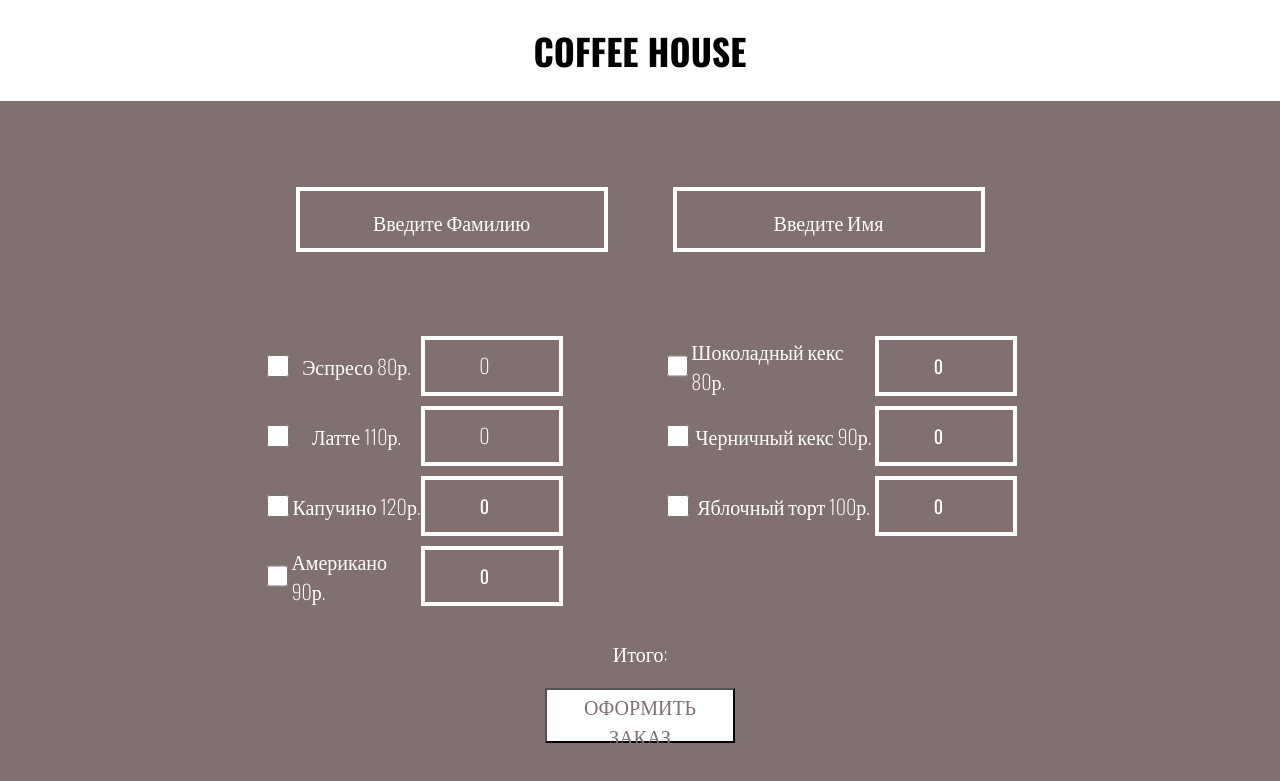
Repository: Valera1994/WebTestProject
Page: New2/index.html
The author's editor kept a copy of each file at every save. The page is drawn from the files as they stood at one save, then again after the next save.
The browser window is 1280 px wide. The pictures show the whole page.

Above is the page before, as saved 2025-07-21 02:15:06.

### New2/index.html
<!DOCTYPE html>
<html lang="en">
<head>
    <meta charset="UTF-8">
    <meta name="viewport" content="width=device-width, initial-scale=1.0">
    <title>COFFEE HOUSE</title>
    <link rel="stylesheet" href="style.css">
    <link rel="preconnect" href="https://fonts.googleapis.com">
    <link rel="preconnect" href="https://fonts.gstatic.com" crossorigin="">
    <link href="https://fonts.googleapis.com/css2?family=Oswald:wght@200..700&amp;display=swap" rel="stylesheet">
</head>
<body>
    <header class="header">
        <h1 class="logo">COFFEE HOUSE</h1>
    </header>
    <div class="order">
        <div class="form">
            <input class="surname form_text" type="text" placeholder="Введите Фамилию" required="">
            <input class="name form_text" type="text" placeholder="Введите Имя" required="">
        </div>
        <div class="conteiner">
            <div class="menu-columns">
            <div class="menu_column">
            <div class="form_checkbox check1">
                <input type="checkbox" id="coffee" name="espreso" value="choise1">
                <label for="espreso">Эспресо 80р.</label>
                <input class="price" type="number" min="0" placeholder="0">
            </div>
            <div class="form_checkbox check1">
                <input type="checkbox" id="coffee" name="latte" value="choise1">
                <label for="latte">Латте 110р.</label>
                <input class="price" type="number" min="0" placeholder="0">
            </div>
            <div class="form_checkbox check1">
                <input type="checkbox" id="coffee" name="capp" value="choise1">
                <label for="capp">Капучино 120р.</label>
                <input class="price" type="number" min="0" value="0" placeholder="0">
            </div>
            <div class="form_checkbox check1">
                <input type="checkbox" id="coffee" name="amer" value="choise1">
                <label for="amer">Американо 90р.</label>
                <input class="price" type="number" min="0" value="0" placeholder="0">
            </div>
            </div>
            <div class="menu_column">
            <div class="form_checkbox check2">
                <input type="checkbox" id="coffee" name="choco" value="choise1">
                <label for="choco">Шоколадный кекс 80р.</label>
                <input class="price" type="number" min="0" value="0" placeholder="0">
            </div>
            <div class="form_checkbox check2">
                <input type="checkbox" id="coffee" name="chern" value="choise1">
                <label for="chern">Черничный кекс 90р.</label>
                <input class="price" type="number" min="0" value="0" placeholder="0">
            </div>
            <div class="form_checkbox check2">
                <input type="checkbox" id="coffee" name="apple" value="choise1">
                <label for="apple">Яблочный торт 100р.</label>
                <input class="price" type="number" min="0" value="0" placeholder="0">
            </div>
            </div>
            </div>
        </div>

        <p>Итого: <span class="result"></span></p>
        <div class="button_container">
            <button class="btn">ОФОРМИТЬ ЗАКАЗ</button>
        </div>
    </div>
    <script src="script.js"></script>
</body>
</html>

### New2/style.css
body{
    margin: 0;
    padding: 0;
    font-family: 'Oswald', sans-serif;
}

.header {
    width: 100%;
    box-sizing: border-box;
    text-decoration: none;
    top: 0;
    left: 0;
}

.logo{
    color: black;
    font-size: 36px;
    white-space: nowrap;
    font-weight: medium;
    display: flex;
    justify-content: center;
}

.order{
    width: 100%;
    height: 680px;
    background: rgba(129, 112, 112, 1);
}

.form{
    padding: 86px 0;
    gap: 65px;
    display: flex;
    justify-content: center;
    font-family: 'Oswald';
    font-size: 18px;
    color: white;
}

.form_text{
    background-color: #817070;
    display: flex;
    flex-direction: column;
    justify-content: center;
    width: 300px;
    height: 55px;
    border: 4px solid white;
    font-family: 'Oswald';
    font-size: 25px;
    color: white;
    font-weight: 300;
    text-align: center;
}

.form_text::placeholder {
    font-family: 'Oswald';
    color: white;
    opacity: 1;
    display: flex;
    align-items:center;
    text-align: center;
    font-size: 20px;
    font-weight: lighter;
}

.container{
    display: flex;
    height: 271px;
    width: 100%;
    padding-bottom: 17px;
}

.menu-columns {
    display: flex;
    justify-content: center;
    width: 784px;
    gap: 100px;
    margin: 0 auto;
}

.menu-column {
    flex: 1;
}

.form_checkbox{
    display: flex;
    justify-content: space-between;
    align-items: center;
    margin-bottom: 15px;
}

label{
    font-family: 'Oswald';
    font-size: 20px;
    font-weight:lighter;
    color: white;
}

.check1{
    width: 300px;
    height: 55px;
}

.check2{
    width: 354px;
    height: 55px;
}

#coffee{
    width: 22px;
    height: 22px;
    background: rgba(196, 196, 196, 1);
}

.price{
    background-color: #817070;
    display: flex;
    flex-direction: column;
    justify-content: center;
    width: 130px;
    height: 50px;
    border: 4px solid white;
    text-align: center;
    font-family: 'Oswald';
    font-size: 18px;
    color: white;
}

.price::placeholder {
    font-family: 'Oswald';
    color: white;
    opacity: 1;
    display: flex;
    align-items:center;
    text-align: center;
    font-size: 20px;
    font-weight: lighter;
}

p{
    font-family: 'Oswald';
    font-size: 20px;
    font-weight:lighter;
    color: white;
    display: flex;
    justify-content: center;
}

.button_container{
    display: flex;
    justify-content: center;
}

.btn{
    width: 190px;
    height: 55px;
    font-family: 'Oswald';
    font-size: 20px;
    font-weight: 500;
    background-color: white;
    color: rgba(129, 112, 112, 1);
}

.btn:hover{
    background-color: rgb(3, 181, 71);
    border-radius: 8px;
}

### New2/script.js
btnElement = document.querySelector(".btn");
resultElement = document.querySelector(".result");
priceElement = document.querySelector(".price");
firstName = document.querySelector(".name");
surName = document.querySelector(".surname");
inputElement = document.querySelectorAll("#coffee");
let selectValue = 0;




inputElement.forEach(element => {
    element.addEventListener("change", function(){
        if(element.checked){
            resultElement += element.priceElement;
        } else {
            resultElement -= element.priceElement;
        }


    });
});

















document.querySelector(".btn").onclick = function(){
    alert("Привет!");
}

After the next save:
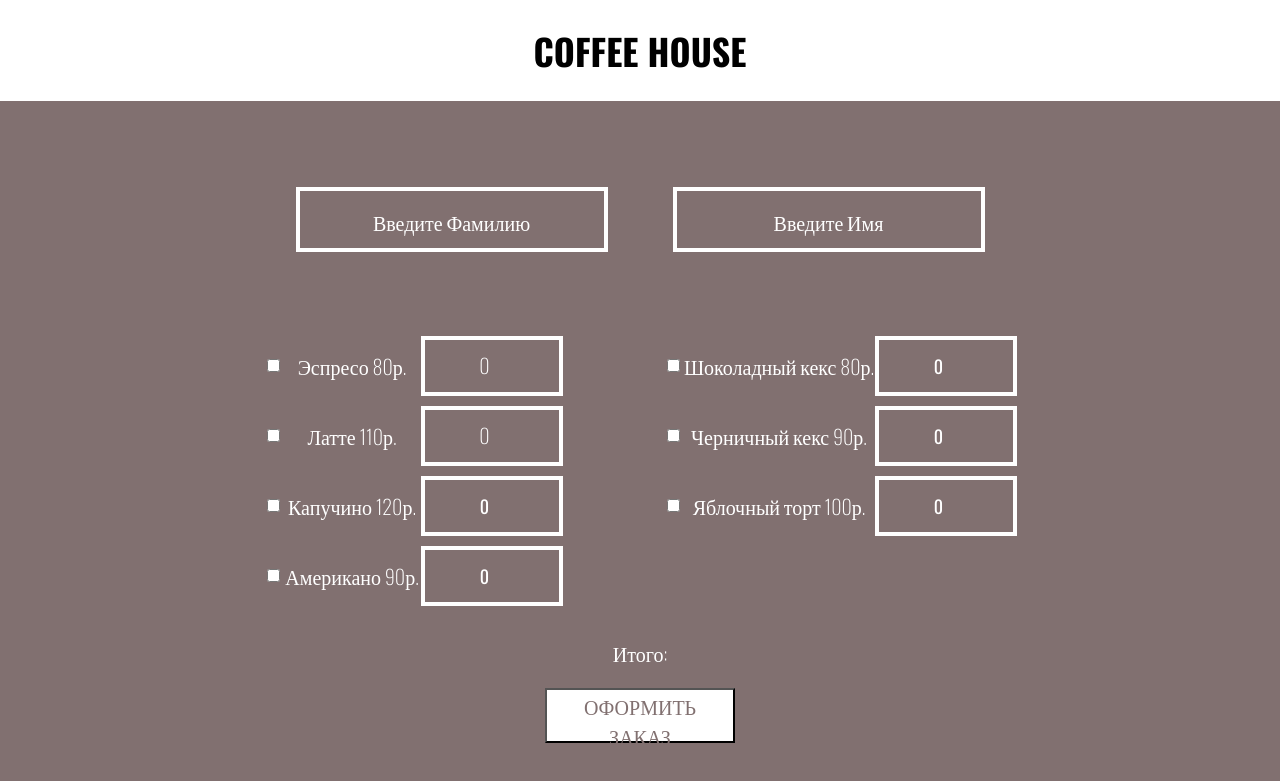
Saved 7 min 58 s later.
--- a/New2/index.html
+++ b/New2/index.html
@@ -22,39 +22,39 @@
             <div class="menu-columns">
             <div class="menu_column">
             <div class="form_checkbox check1">
-                <input type="checkbox" id="coffee" name="espreso" value="choise1">
+                <input type="checkbox" id="espreso" name="coffee" value="choise1" data-price="80">
                 <label for="espreso">Эспресо 80р.</label>
                 <input class="price" type="number" min="0" placeholder="0">
             </div>
             <div class="form_checkbox check1">
-                <input type="checkbox" id="coffee" name="latte" value="choise1">
+                <input type="checkbox" id="latte" name="coffee" value="choise2" data-price="110">
                 <label for="latte">Латте 110р.</label>
                 <input class="price" type="number" min="0" placeholder="0">
             </div>
             <div class="form_checkbox check1">
-                <input type="checkbox" id="coffee" name="capp" value="choise1">
+                <input type="checkbox" id="capp" name="coffee" value="choise3" data-price="120">
                 <label for="capp">Капучино 120р.</label>
                 <input class="price" type="number" min="0" value="0" placeholder="0">
             </div>
             <div class="form_checkbox check1">
-                <input type="checkbox" id="coffee" name="amer" value="choise1">
+                <input type="checkbox" id="amer" name="coffee" value="choise4" data-price="90">
                 <label for="amer">Американо 90р.</label>
                 <input class="price" type="number" min="0" value="0" placeholder="0">
             </div>
             </div>
             <div class="menu_column">
             <div class="form_checkbox check2">
-                <input type="checkbox" id="coffee" name="choco" value="choise1">
+                <input type="checkbox" id="choco" name="coffee" value="choise5" data-price="80">
                 <label for="choco">Шоколадный кекс 80р.</label>
                 <input class="price" type="number" min="0" value="0" placeholder="0">
             </div>
             <div class="form_checkbox check2">
-                <input type="checkbox" id="coffee" name="chern" value="choise1">
+                <input type="checkbox" id="chern" name="coffee" value="choise6" data-price="90">
                 <label for="chern">Черничный кекс 90р.</label>
                 <input class="price" type="number" min="0" value="0" placeholder="0">
             </div>
             <div class="form_checkbox check2">
-                <input type="checkbox" id="coffee" name="apple" value="choise1">
+                <input type="checkbox" id="apple" name="coffee" value="choise7" data-price="100">
                 <label for="apple">Яблочный торт 100р.</label>
                 <input class="price" type="number" min="0" value="0" placeholder="0">
             </div>

After the save that followed:
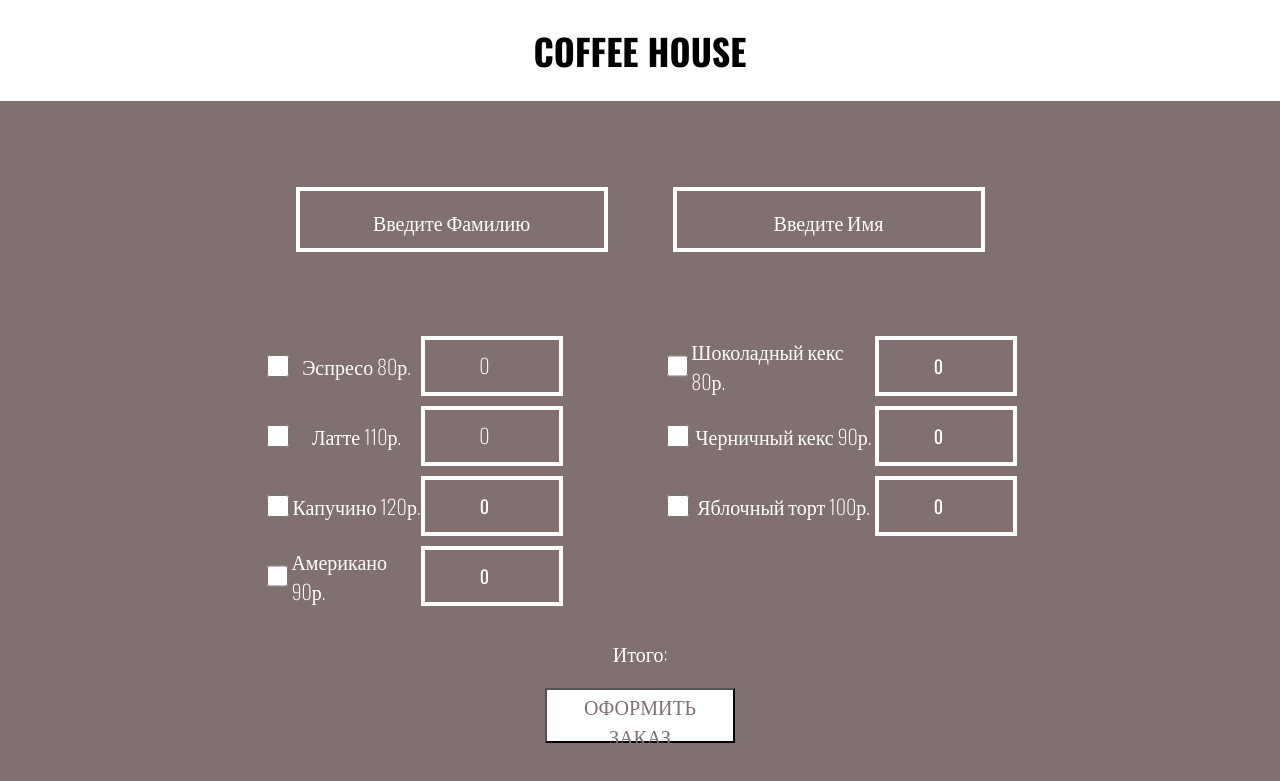
Saved 2 min 2 s later.
--- a/New2/style.css
+++ b/New2/style.css
@@ -106,7 +106,7 @@ label{
     height: 55px;
 }
 
-#coffee{
+input[name = "coffee"]{
     width: 22px;
     height: 22px;
     background: rgba(196, 196, 196, 1);
